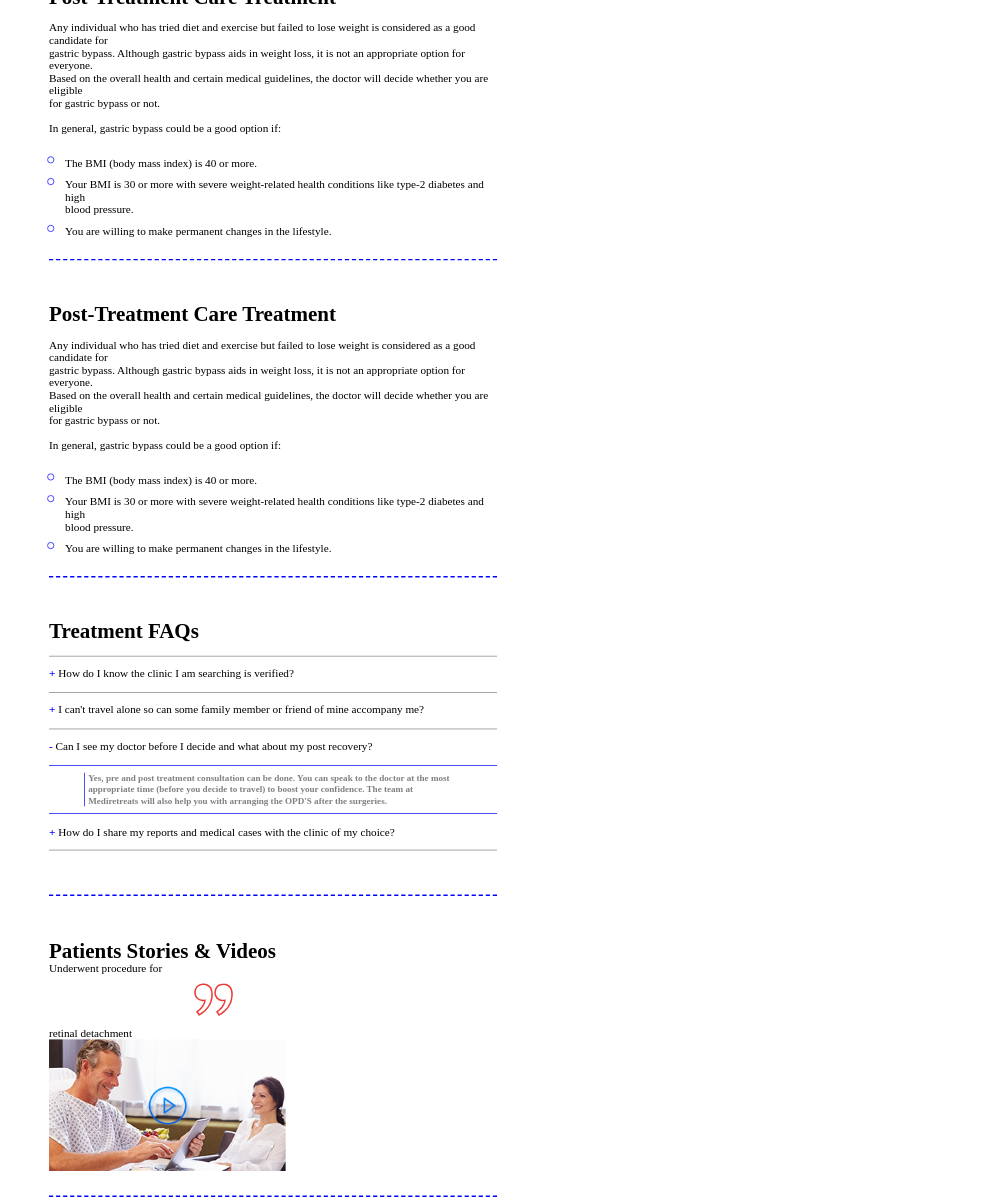
Repository: hetuk2005/webDevelopment
Page: Projects/Aafiya.html
These files come from the project's save history. The page is drawn as it stood at one moment and after the next save; the edit follows.
The browser window is 1280 px wide. The page is 1438 px wide, so the pictures cover 1438 px, including what lies to the right of the window. The pictures show the part of the page from y = 2777 to 4497 px (the page is 4497 px tall before and 4423 px after), at 70% of full size.

Above is the page before, as saved 2025-04-08 10:25:17.

After the next save:
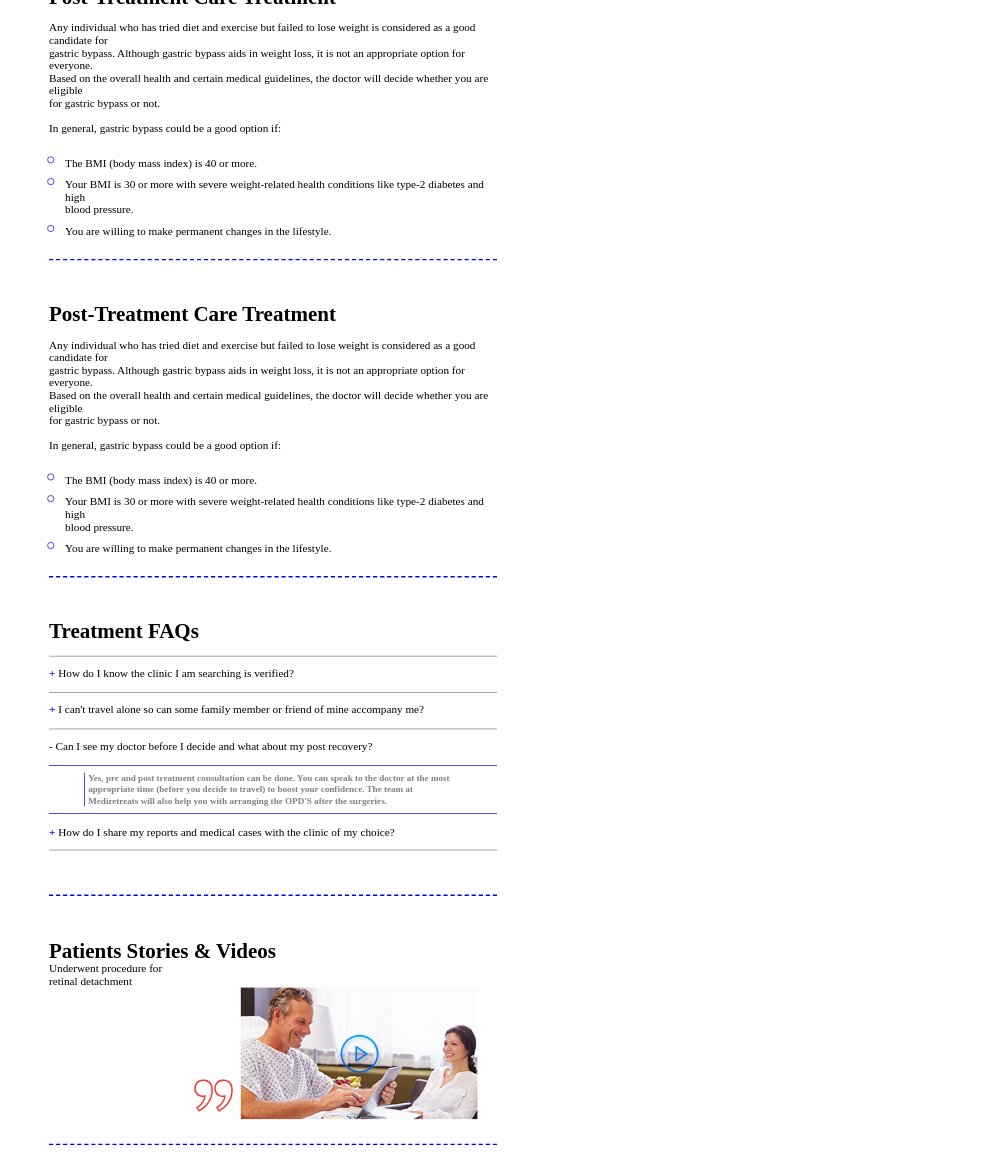
Saved 3 min 3 s later.
--- a/Projects/Aafiya.html
+++ b/Projects/Aafiya.html
@@ -252,8 +252,8 @@
     <div class="patient_stories">
         <h3>Patients Stories & Videos</h3>
         <div class="stories_img">
-            <p class="stories_text">Underwent procedure for</p> <img src="./Images/Quotes.svg" alt="Quotes" class="quotes">
-            <p class="stories_text">retinal detachment</p>
+            <p class="stories_text">Underwent procedure for</p>
+            <p class="stories_text">retinal detachment</p><img src="./Images/Quotes.svg" alt="Quotes" class="quotes">
             <img src="./Images/Patient_Stories.png" alt="Image Of Patient" class="patients" />
         </div>
     </div>
